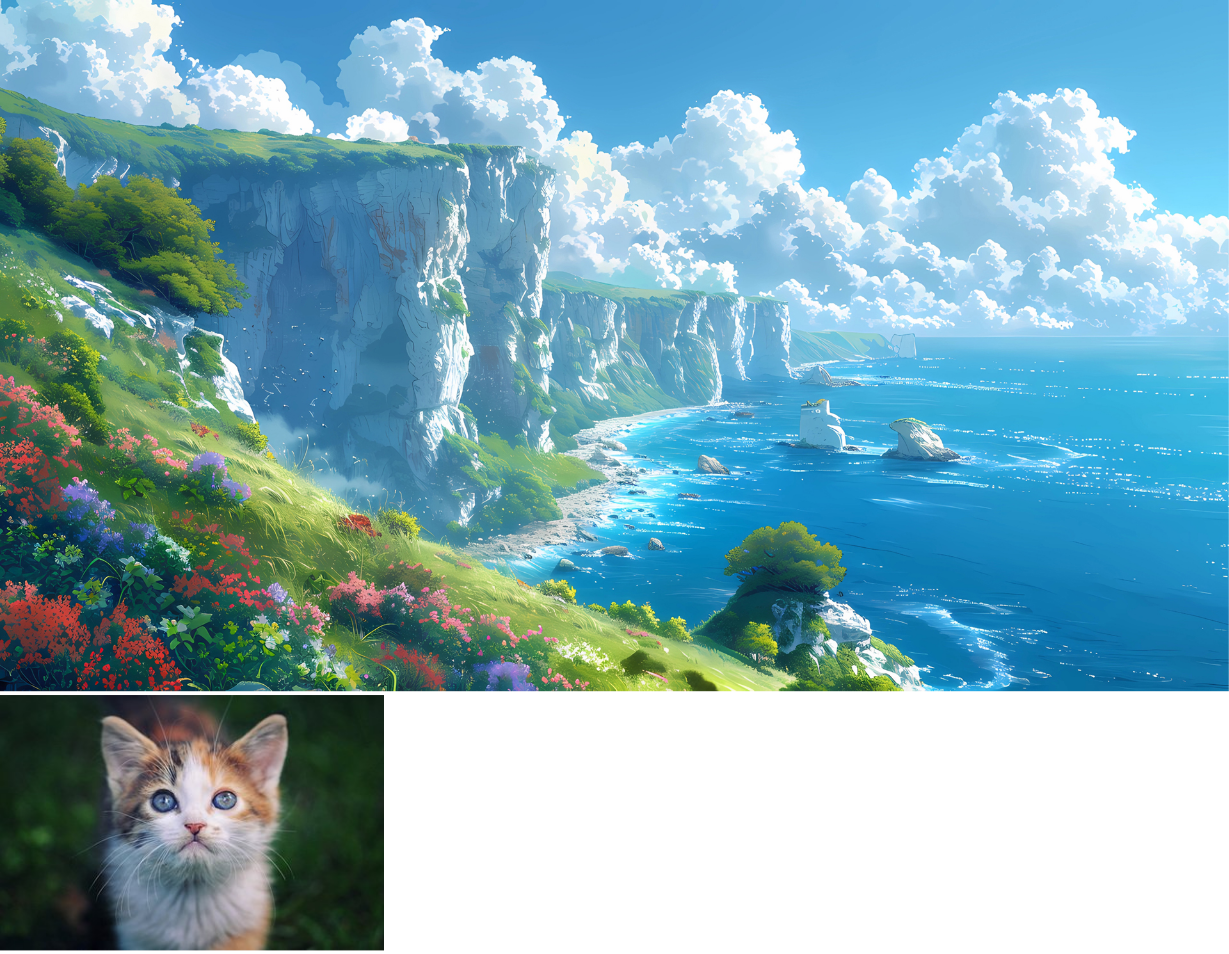
Repository: taoxiaofeng/hello-javascript
Page: master-class/position.html
These files come from the project's save history. The page is drawn as it stood at one moment and after the next save; the edit follows.
The browser window is 1280 px wide. The pictures show the whole page, at 96% of full size.

Above is the page before, as saved 2024-07-29 21:37:40.

After the next save:
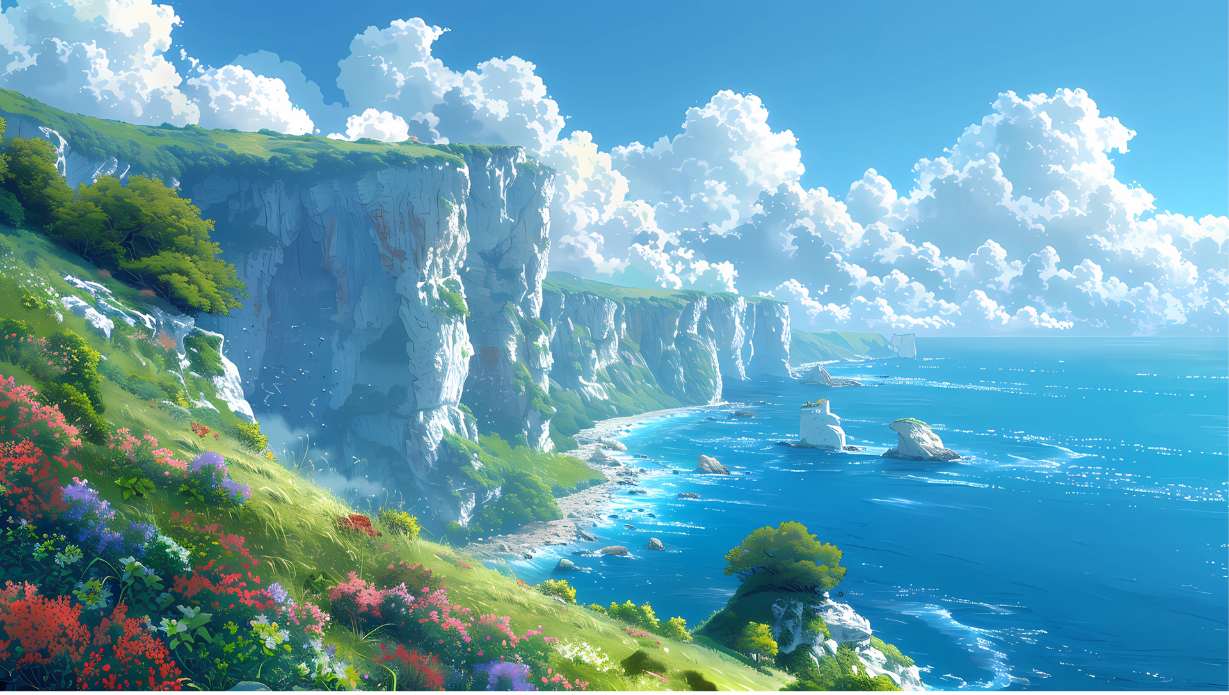
Saved 16 min 31 s later.
--- a/master-class/position.html
+++ b/master-class/position.html
@@ -39,6 +39,14 @@
       /* transform: translate(-50%, -50%); */
     }
 
+    .cat {
+      width: 200px;
+      height: 200px;
+      position: fixed;
+      right: 0;
+
+    }
+
 
   </style>
 </head>
